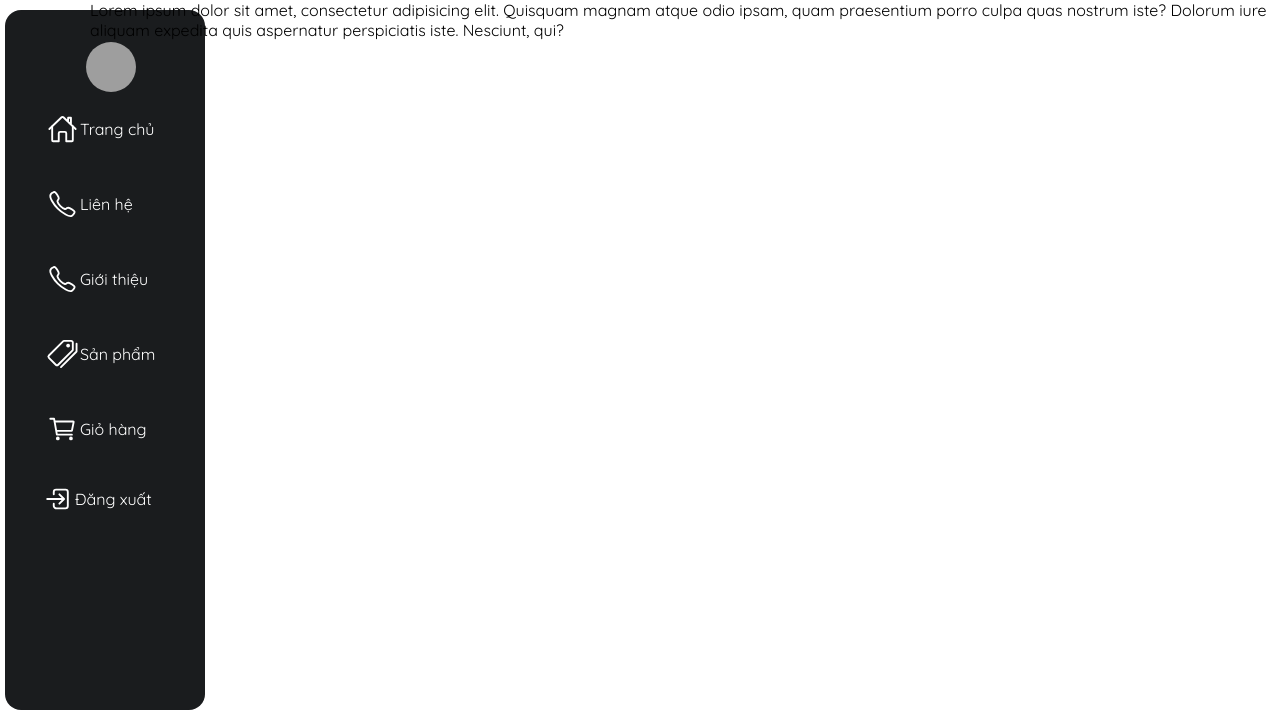
Repository: Fuocmanh/demo
Page: site/nav.html
The author's editor kept a copy of each file at every save. The page is drawn from the files as they stood at one save, then again after the next save.
The browser window is 1280 px wide. The pictures show the whole page.
The pointer rests on the first visible `.sidebar`.
Pictures or frames that could not be fetched are drawn as grey boxes.

Above is the page before, as saved 2022-12-30 17:26:12.

After the next save:
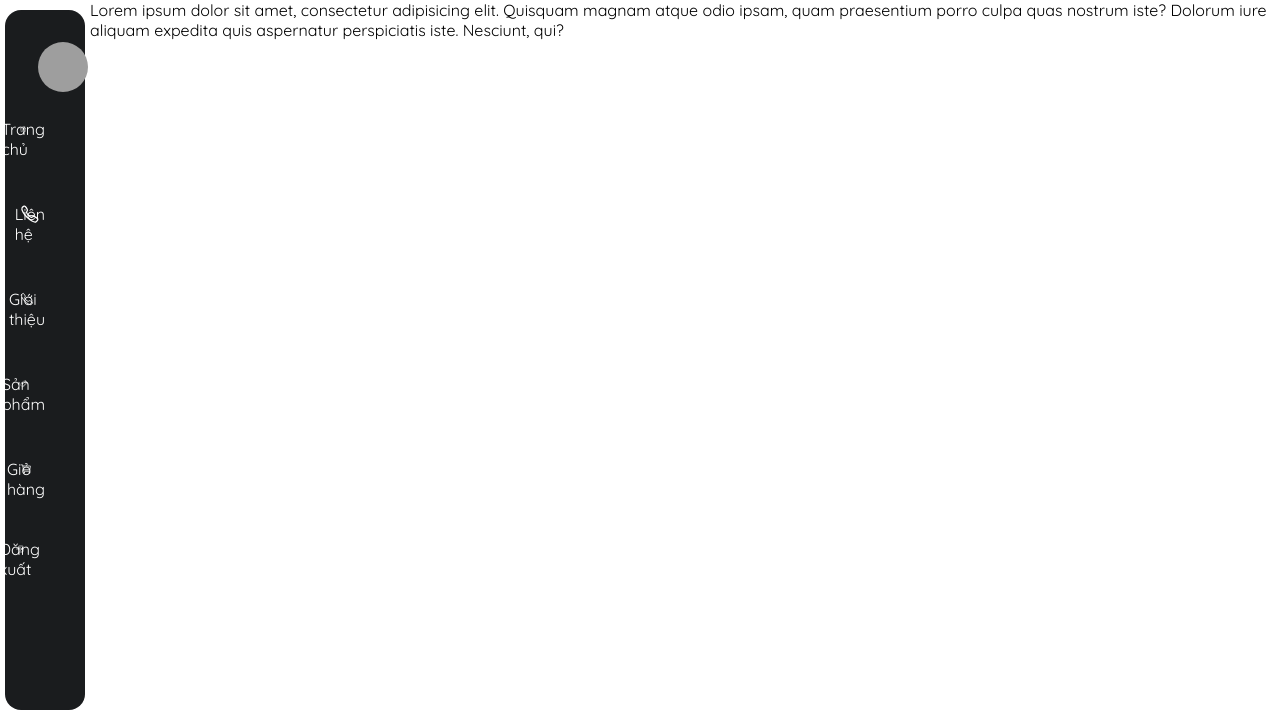
Saved 8 s later.
--- a/css/style.css
+++ b/css/style.css
@@ -60,7 +60,7 @@
     border-radius: 50%;
 }
 
-.sidebar:hover  {
+.sidebar:hover .content {
     width: 200px;
 }
 

After the save that followed:
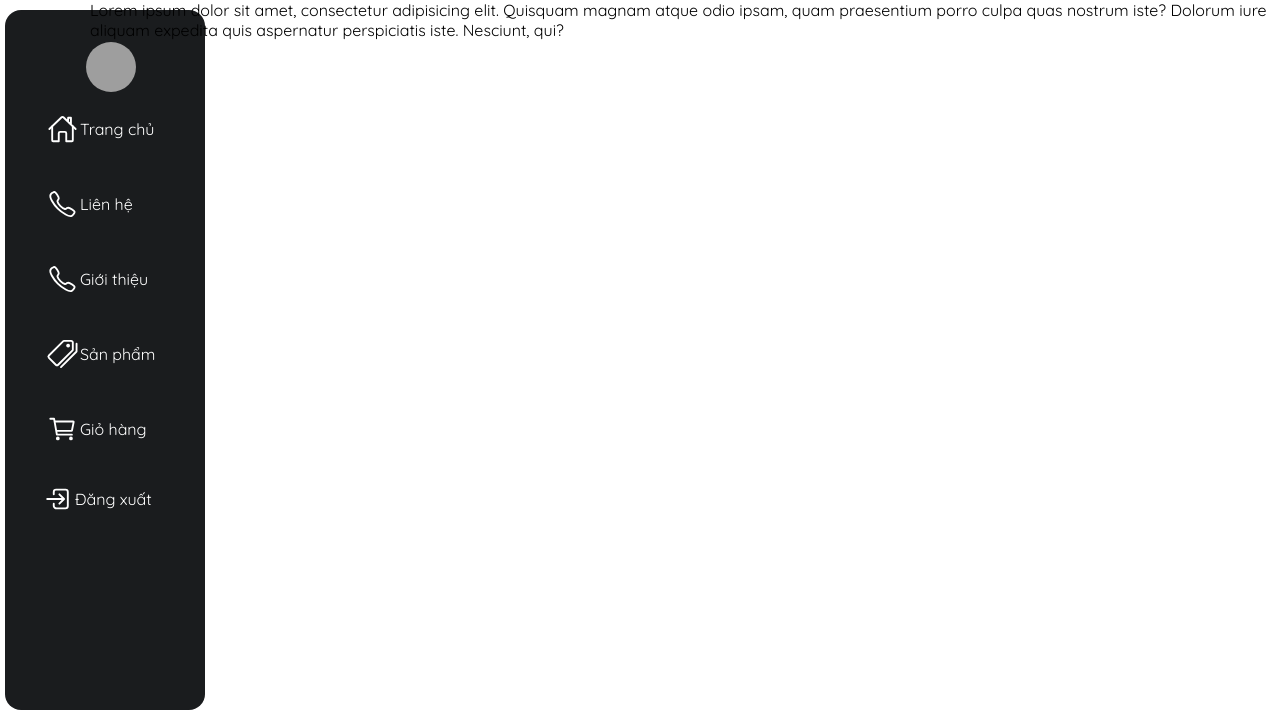
Saved 5 s later.
--- a/css/style.css
+++ b/css/style.css
@@ -60,7 +60,7 @@
     border-radius: 50%;
 }
 
-.sidebar:hover .content {
+.sidebar:hover  {
     width: 200px;
 }
 
